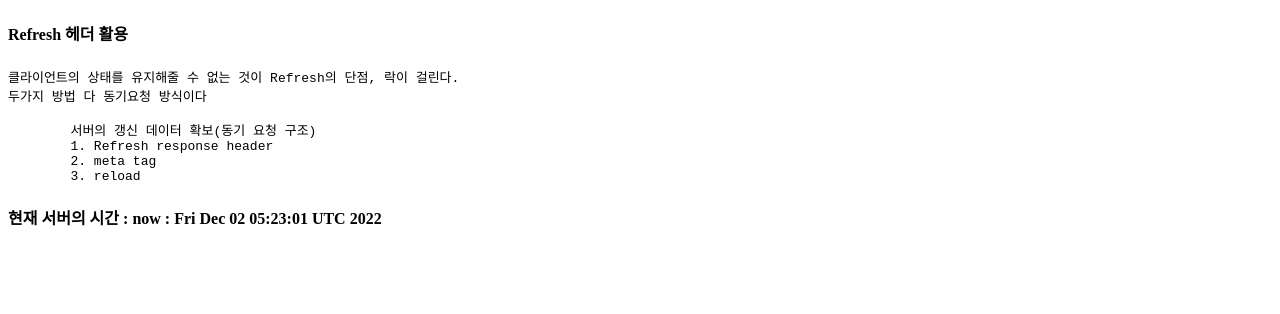
Repository: YOUNARAE/JSP
Page: http://localhost/WebStudy01/05/autoRequest.jsp
An editor plug-in stored every save of this project. The page is shown before and after the next save, followed by the edit.
The browser window is 1280 px wide. The pictures show the whole page.
The page is served by Tomcat 9. Other server files are loaded and not shown.

Above is the page before, as saved 2022-12-13 08:23:40.

### WebStudy01/src/main/webapp/05/autoRequest.jsp
<%@page import="java.util.Date"%>
<%@ page language="java" contentType="text/html; charset=UTF-8"
    pageEncoding="UTF-8"%>
<!DOCTYPE html>
<html>
<head>
<meta charset="UTF-8">
<!-- <meta http-equiv="Refresh" content="5;url=https://www.naver.com"> --> <!-- 클라이언트방식 -->
<title>05/autoRequest.jsp</title>
<script type="text/javascript" src="${pageContext.request.contextPath}/resources/jquery-3.6.1.min.js"></script>
</head>
<body>
<h4>Refresh 헤더 활용</h4>
<%--
	response.setIntHeader("Refresh", 1);
--%>
<pre>클라이언트의 상태를 유지해줄 수 없는 것이 Refresh의 단점, 락이 걸린다.
두가지 방법 다 동기요청 방식이다

	서버의 갱신 데이터 확보(동기 요청 구조)
	1. Refresh response header
	2. meta tag
	3. reload
</pre>
<h4>현재 서버의 시간 : <span id="timeArea"> </span></h4>
<script>
// 	setTimeout(() => {
// 		location.reload();
// 	}, 1000);
	let timeArea = $("#timeArea");
	let sendRequest = function(){
		$.ajax({
			url : "${pageContext.request.contextPath}/05/getServerTime",
			dataType : "json",
			success : function(resp) {
				timeArea.html(resp.now);
			},
			error : function(jqXHR, status, error) {
				console.log(jqXHR);
				console.log(status);
				console.log(error);
			}
		});
	}

	setInterval(sendRequest, 1000);
</script>
</body>
</html>

### WebStudy01/src/main/java/kr/or/ddit/servlet05/GetServerTimeControllerServlet.java
package kr.or.ddit.servlet05;

import java.io.IOException;
import java.util.Date;
import java.util.Locale;

import javax.servlet.ServletException;
import javax.servlet.annotation.WebServlet;
import javax.servlet.http.HttpServlet;
import javax.servlet.http.HttpServletRequest;
import javax.servlet.http.HttpServletResponse;

@WebServlet("/05/getServerTime")
public class GetServerTimeControllerServlet extends HttpServlet{
	@Override
	protected void doGet(HttpServletRequest req, HttpServletResponse resp) throws ServletException, IOException {
		//2모델확보
		Date now = new Date();
		String nowStr = String.format(Locale.CANADA, "now : %tc",now);
		req.setAttribute("now", nowStr);//toString()
		resp.setHeader("Refresh", "1");
		String viewName = "/jsonView.do";
		req.getRequestDispatcher(viewName).forward(req,resp);
	}
}

Loaded but not shown: WebStudy01/src/main/webapp/resources/jquery-3.6.1.min.js (library)

After the next save:
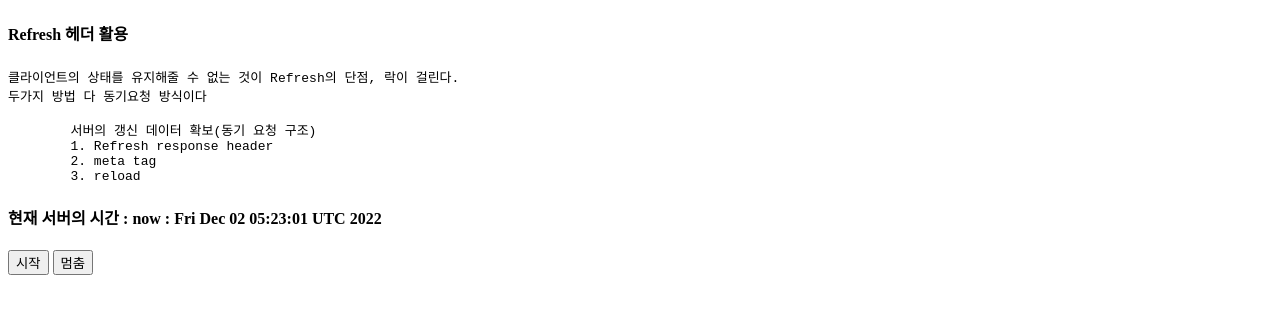
Saved 21 s later.
--- a/WebStudy01/src/main/webapp/05/autoRequest.jsp
+++ b/WebStudy01/src/main/webapp/05/autoRequest.jsp
@@ -23,6 +23,8 @@
 	3. reload
 </pre>
 <h4>현재 서버의 시간 : <span id="timeArea"> </span></h4>
+<button>시작</button>
+<button>멈춤</button>
 <script>
 // 	setTimeout(() => {
 // 		location.reload();
